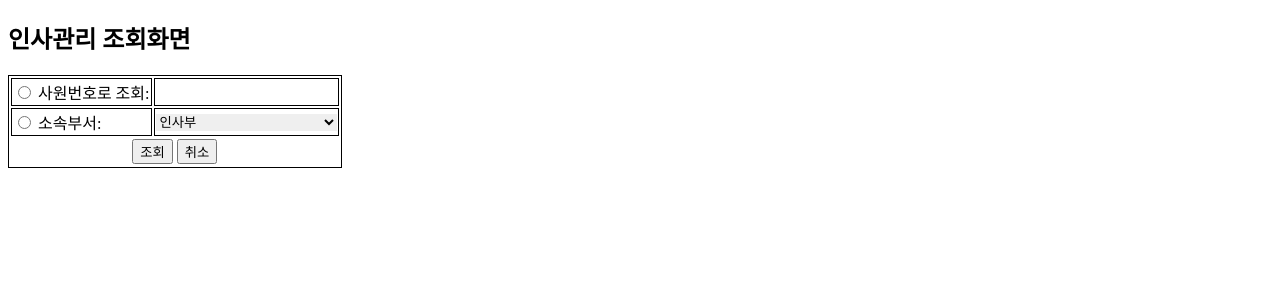
Repository: guguping/finalTestStudy
Page: http://localhost/test1/findMemberForm.jsp
An editor plug-in stored every save of this project. The page is shown before and after the next save, followed by the edit.
The browser window is 1280 px wide. The pictures show the whole page.
The page is served by Tomcat 9.

Above is the page before, as saved 2023-07-28 05:24:18.

### test1/src/main/webapp/findMemberForm.jsp
<%@ page language="java" contentType="text/html; charset=UTF-8"
    pageEncoding="UTF-8"%>
<!DOCTYPE html>
<html>
<head>
<meta charset="UTF-8">
<title>Insert title here</title>
<style>
	table, tr, td, th {
		border: 1px solid black;
		box-sizing: border-box;
	}
	input {
		border: none;
		outline: none;
	}
	select {
		border: none;
		outline: none;
		width: 100%;
		height: 100%;
	}
</style>
</head>
<body>
	<h2>인사관리 조회화면</h2>
	<form action="index.jsp" method="get">
		<table>
			<tr>
				<td>
				<input type="radio" id="searchType" value="id" name="searchType">
					사원번호로 조회:
				</td>
				<th>
					<input type="text" name="idValue">
				</th>
			</tr>
			<tr>
				<td>
				<input type="radio" value="dept" name="searchType">
					소속부서:
				</td>
				<th>
					<select name="deptValue">
						<option value="인사부">인사부</option>
						<option value="기획부">기획부</option>
						<option value="홍보부">홍보부</option>
						<option value="영업부">영업부</option>
						<option value="경리부">경리부</option>
					</select>
				</th>
			</tr>
			<tr>
				<td colspan="2" style = "border: unset;text-align: center;">
					<button type="submit">조회</button>
					<button type="button" onclick="index()">취소</button>
				</td>
			</tr>
		</table>
	</form>
</body>
<script>
	const index =()=>{
		location.href = "index.jsp";
	}
</script>
</html>

After the next save:
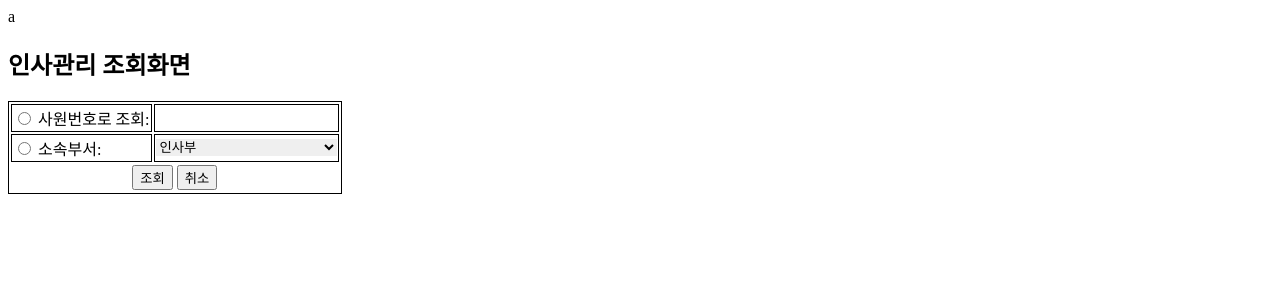
Saved 77 min 30 s later.
--- a/test1/src/main/webapp/findMemberForm.jsp
+++ b/test1/src/main/webapp/findMemberForm.jsp
@@ -1,4 +1,4 @@
-<%@ page language="java" contentType="text/html; charset=UTF-8"
+a<%@ page language="java" contentType="text/html; charset=UTF-8"
     pageEncoding="UTF-8"%>
 <!DOCTYPE html>
 <html>
